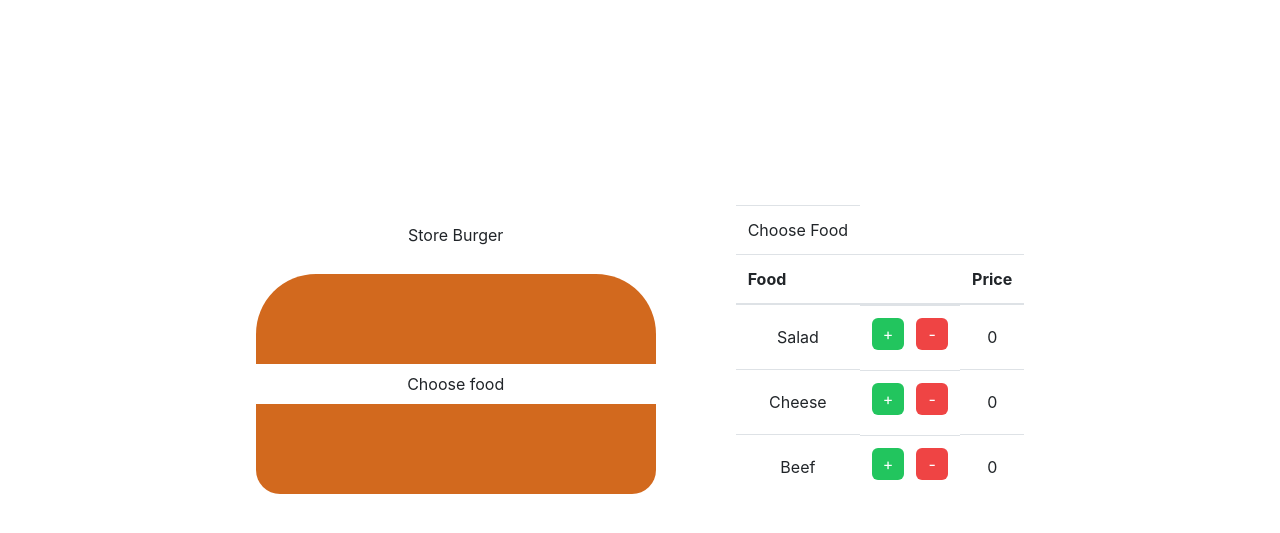
Repository: baobaodeveloper/bootcamp21_HuynhAnhBao_Burger
Page: /
The author's editor kept a copy of each file at every save. The page is drawn from the files as they stood at one save, then again after the next save.
The browser window is 1280 px wide. The pictures show the whole page.
The project was rebuilt for these pictures with package versions that can differ from the ones it lists, and the page was loaded fresh each time. Also part of the build but not shown: vite.config.js.

Above is the page before, as saved 2022-05-15 18:57:32.

### index.html
<!DOCTYPE html>
<html lang="en">
  <head>
    <title>Title</title>
    <!-- Required meta tags -->
    <meta charset="utf-8" />
    <meta
      name="viewport"
      content="width=device-width, initial-scale=1, shrink-to-fit=no"
    />

    <!-- Bootstrap CSS -->
    <link
      rel="stylesheet"
      href="https://stackpath.bootstrapcdn.com/bootstrap/4.3.1/css/bootstrap.min.css"
      integrity="sha384-ggOyR0iXCbMQv3Xipma34MD+dH/1fQ784/j6cY/iJTQUOhcWr7x9JvoRxT2MZw1T"
      crossorigin="anonymous"
    />
  </head>
  <body>
    <div id="root"></div>
    <!-- Optional JavaScript -->
    <!-- jQuery first, then Popper.js, then Bootstrap JS -->
    <script
      src="https://code.jquery.com/jquery-3.3.1.slim.min.js"
      integrity="sha384-q8i/X+965DzO0rT7abK41JStQIAqVgRVzpbzo5smXKp4YfRvH+8abtTE1Pi6jizo"
      crossorigin="anonymous"
    ></script>
    <script
      src="https://cdnjs.cloudflare.com/ajax/libs/popper.js/1.14.7/umd/popper.min.js"
      integrity="sha384-UO2eT0CpHqdSJQ6hJty5KVphtPhzWj9WO1clHTMGa3JDZwrnQq4sF86dIHNDz0W1"
      crossorigin="anonymous"
    ></script>
    <script
      src="https://stackpath.bootstrapcdn.com/bootstrap/4.3.1/js/bootstrap.min.js"
      integrity="sha384-JjSmVgyd0p3pXB1rRibZUAYoIIy6OrQ6VrjIEaFf/nJGzIxFDsf4x0xIM+B07jRM"
      crossorigin="anonymous"
    ></script>

    <script type="module" src="/src/main.jsx"></script>
  </body>
</html>

### src/main.jsx
import React from "react";
import ReactDOM from "react-dom/client";
import App from "./App";
import "./index.scss";
import { Provider } from "react-redux";
import { store } from "./redux/store";

ReactDOM.createRoot(document.getElementById("root")).render(
  <Provider store={store}>
    <React.StrictMode>
      <App />
    </React.StrictMode>
  </Provider>
);

### src/App.jsx
import Burger from "./components/dataBuger/Burger";

function App() {
  return <Burger></Burger>;
}

export default App;

### src/redux/store.jsx
import { configureStore } from "@reduxjs/toolkit";
import { dataSlice } from "../components/dataBuger/dataSlice";

export const store = configureStore({
  reducer: {
    dataShow: dataSlice.reducer,
  },
});

### src/components/dataBuger/Burger.jsx
import React from "react";
import { useDispatch, useSelector } from "react-redux";
import {
  dataQualityFoodSelector,
  dataRenderFoodSelector,
} from "../../redux/selector";
import { dataSlice } from "./dataSlice";

export default function Burger() {
  const dataRenderFood = useSelector(dataRenderFoodSelector);
  const dataQtyFood = useSelector(dataQualityFoodSelector);
  const dispatch = useDispatch();

  const hanleAddFood = (food) => {
    dispatch(dataSlice.actions.add(food));
  };
  const handleAstractFood = (food) => {
    dispatch(dataSlice.actions.abstract(food));
  };

  return (
    <div>
      <div className="flex items-center gap-x-20  w-screen h-screen mx-auto justify-center">
        <div className="flex flex-col justify-center items-center gap-y-2 w-[400px]">
          <h2 className="mb-20">Store Burger</h2>
          <div className="bg-[#D2691E] w-full h-[30px] relative">
            <div className="bg-[#D2691E] w-full h-[60px] absolute top-0 left-0 -translate-y-[60px] rounded-tl-full rounded-tr-full"></div>
          </div>
          <p>Choose food</p>

          {dataRenderFood.length > 0 &&
            dataRenderFood.map((item, i) => (
              <div className={item} key={i}></div>
            ))}
          {/* <div className="h-3 bg-green-500 w-[500px] rounded-full"></div>
          <div className="h-5 bg-yellow-500 w-[470px] rounded-full"></div>
          <div className="h-10 bg-[#800000] w-[400px] rounded-xl"></div> */}

          <div className="w-full bg-[#D2691E] h-[90px] rounded-br-3xl rounded-bl-3xl"></div>
        </div>

        <div className="">
          <table className="table">
            <thead>
              <tr>
                <td>Choose Food</td>
              </tr>
              <tr>
                <th scope="col">Food</th>
                <th scope="col"></th>
                <th scope="col">Price</th>
              </tr>
            </thead>
            <tbody>
              {dataQtyFood.map((food, i) => (
                <tr key={i}>
                  <td className="h-[40x] leading-[40px] text-center">
                    {food.nameFood}
                  </td>
                  <td className="flex items-center gap-x-3">
                    <button
                      onClick={() => hanleAddFood(food)}
                      className="w-8 h-8 flex items-center justify-center text-white leading-none rounded-md bg-green-500"
                    >
                      +
                    </button>
                    <button
                      onClick={() => handleAstractFood(food)}
                      className="w-8 h-8 flex items-center justify-center text-white leading-none rounded-md bg-red-500"
                    >
                      -
                    </button>
                  </td>
                  <td className="h-[40x] text-center leading-[40px]">
                    {food.value}
                  </td>
                </tr>
              ))}
            </tbody>
          </table>
        </div>
      </div>
    </div>
  );
}

### src/components/dataBuger/dataSlice.jsx
import { createSlice } from "@reduxjs/toolkit";

export const dataSlice = createSlice({
  name: "data",
  initialState: {
    dataFood: [
      {
        nameFood: "Salad",
        value: 0,
        img: "h-3 bg-green-500 w-[500px] rounded-full",
      },
      {
        nameFood: "Cheese",
        value: 0,
        img: "h-5 bg-yellow-500 w-[470px] rounded-full",
      },
      {
        nameFood: "Beef",
        value: 0,
        img: "h-10 bg-[#800000] w-[400px] rounded-xl",
      },
    ],
    renderFood: [],
  },
  reducers: {
    add: (state, action) => {
      state.renderFood.unshift(action.payload.img);
      const indexFoodAdd = state.dataFood.findIndex(
        (item) => item.nameFood === action.payload.nameFood
      );
      state.dataFood[indexFoodAdd].value += 10;
    },
    abstract: (state, action) => {
      if (action.payload.value > 0) {
        const indexFoodAstract = state.renderFood.lastIndexOf(
          action.payload.img
        );
        state.renderFood.splice(indexFoodAstract, 1);
        const indexFoodValue = state.dataFood.findIndex(
          (item) => item.nameFood === action.payload.nameFood
        );
        console.log(indexFoodValue);
        state.dataFood[indexFoodValue].value -= 10;
      }
    },
  },
});

### src/redux/selector.jsx
export const dataRenderFoodSelector = (state) => state.dataShow.renderFood;
export const dataQualityFoodSelector = (state) => state.dataShow.dataFood;

Loaded but not shown: src/index.scss (common file); tailwind.config.js (common file)

After the next save:
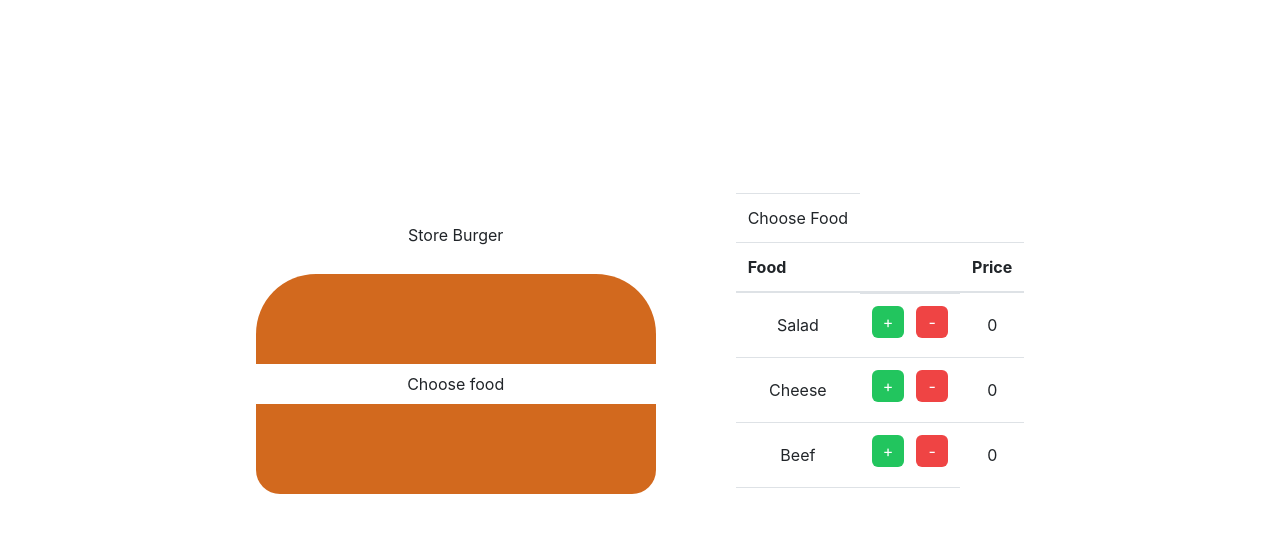
Saved 93 s later.
--- a/src/components/dataBuger/Burger.jsx
+++ b/src/components/dataBuger/Burger.jsx
@@ -76,6 +76,9 @@ export default function Burger() {
                   </td>
                 </tr>
               ))}
+              <tr>
+                <td colSpan={2}></td>
+              </tr>
             </tbody>
           </table>
         </div>
